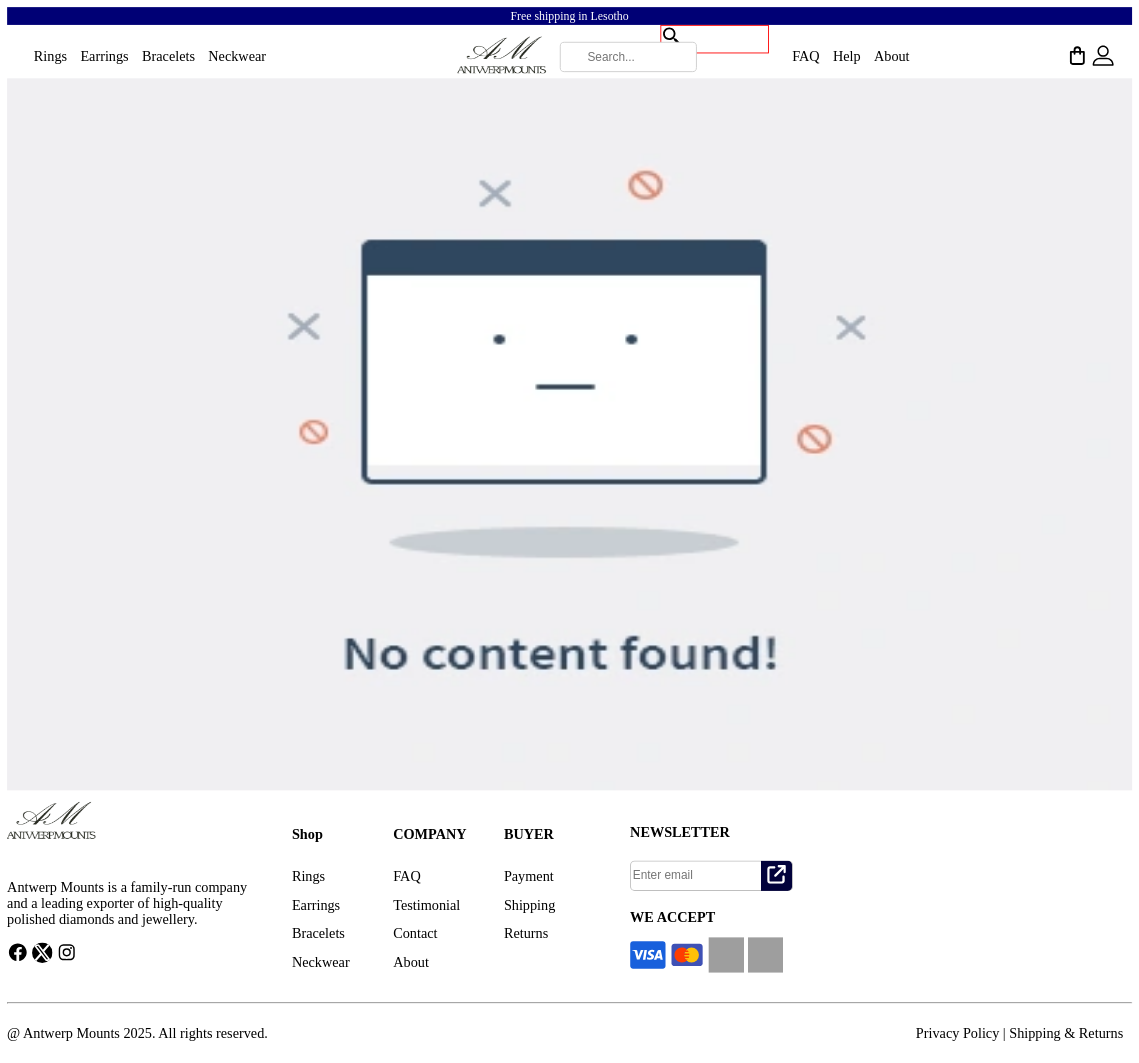
Repository: kea-0424/Web-Development-Project-1
Page: First_collaboration/JewelarySite.html
These files come from the project's save history. The page is drawn as it stood at one moment and after the next save; the edit follows.
The browser window is 1280 px wide. The pictures show the whole page, at 89% of full size.
Pictures or frames that could not be fetched are drawn as grey boxes.

Above is the page before, as saved 2025-01-23 11:48:05.

### First_collaboration/JewelarySite.html
<!DOCTYPE html>
<html lang="en">
<head>
    <meta charset="UTF-8">
    <meta name="viewport" content="width=device-width, initial-scale=1.0">
    <title>Document</title>
    <link rel="stylesheet" href="./JewelarySite.css">
</head>
<body>
    <header>
        <div class="notification">
            <span>Free shipping in Lesotho</span>
        </div>
        <nav>
                <ul class="navigations"  id="right_nav">
                    <li class="navbar_links"><a href="#">Rings</a></li>
                    <li class="navbar_links"><a href="#">Earrings</a></li>
                    <li class="navbar_links"><a href="#">Bracelets</a></li>
                    <li class="navbar_links"><a href="#">Neckwear</a></li>
                </ul>

            <div class="logo_container">
<img src="Main_Logo-removebg-preview.png" alt="Logo" class="main_logo" id="Nav_logo">
            </div>
                <ul class="navigations" id="left_nav">
                    <li class="navbar_links"><a href="#">FAQ</a></li>
                    <li class="navbar_links"><a href="#">Help</a></li>
                    <li class="navbar_links"><a href="#">About</a></li>
                </ul>
                <form action="#">
                    <div class="searchbar_container">
                        <img src="./bx-search-alt-2.svg" alt="icon" class="searchbar_icon">
                        <input class='searchbar' type="text" placeholder="Search...">
                    </div>
                </form>
                <div class="nav_icons">
                    <img src="./cart.svg" alt="Logo" class="icon">
                    <img src="./profile.svg" alt="Logo" class="icon">
                </div>
        </nav>
    </header>
    <main>
        <img src="./NoContent.webp" alt="No_Content" class="No_Content">
    </main>
    <footer>
        <div class="about_us">
            <div class="logo_container">
                <img src="Main_Logo-removebg-preview.png" alt="Logo" class="main_logo">
                            </div>
                            <div class="bio">
                                <p>Antwerp Mounts is a family-run company<br>
                                    and a leading exporter of high-quality<br>
                                   polished diamonds and jewellery.</p>
                            </div>
                                <div class="social_media">
                                    <div class="socials" >
                                        <a href="#"><img src="./bxl-facebook-circle (1).svg" alt="Facebook" id="facebook_link"></a>
                                    </div>
                                    <div class="socials">
                                        <a href="#"><img src="./x-twitter-brands-solid.svg" alt="Twitter" id="X_link"></a>
                                    </div>
                                    <div class="socials">
                                        <a href="#"><img src="./bxl-instagram (1).svg" alt="Instagram" id="instagram_link"></a>
                                    </div>
                                    </div>
        </div>
        <div class="navigation">
            <div class="list1">
                <h4>Shop</h4>
                <ul class="footer_lists">
                    <li><a href="#">Rings</a></li>
                    <li><a href="#">Earrings</a></li>
                    <li><a href="#">Bracelets</a></li>
                    <li><a href="#">Neckwear</a></li>
                </ul>
            </div>
            <div class="list2">
               <h4>COMPANY</h4>
               <ul class="footer_lists">
                <li><a href="#">FAQ</a></li>
                <li><a href="#">Testimonial</a></li>
                <li><a href="#">Contact</a></li>
                <li><a href="#">About</a></li>
               </ul>
            </div>
            <div class="list3">
                <h4>BUYER</h4>
                <ul class="footer_lists">
                    <li><a href="#">Payment</a></li>
                    <li><a href="#">Shipping</a></li>
                    <li><a href="#">Returns</a></li>
                </ul>
            </div>
        </div>
        <div class="Subscription">
            <h4>NEWSLETTER</h4>
            <form action="#">
                <div class="input_container">
                    <input type="text" placeholder="Enter email" class="newsletter_input">
                    <button type="submit" class="submit_btn"><img src="./arrow-up-right-from-square-solid.svg" alt="arrow"></button>
                </div>
            </form>
            <h4>WE ACCEPT</h4>
            <div class="payment_methods">
                <div class="payment_method">
                    <img src="./cc-visa-brands-solid.svg" alt="visa" id="visa">
                </div>
                <div class="payment_method">
                    <img src="mastercard.svg" alt="mastercard" id="mastercard">
                </div>
                <div class="payment_method">
                    <img src="./paypal.svg" alt="paypal" id="paypal">
        </div>
        <div class="payment_method">
            <img src="./skrill.svg" alt="skrill" id="skrill">
        </div>
            </div>
        </div>
        <hr>
        <div class="copyright">
            <p class="left_details">@ Antwerp Mounts 2025. All rights reserved.</p>
            <p class="right_details">Privacy Policy | Shipping & Returns</p>
        </div>
    </footer>
</body>
</html>

### First_collaboration/JewelarySite.css

body {
    box-sizing: border-box;
}
.notification {
    background-color: rgb(0 0 117);
    color: rgb(255 255 255);
    display: flex;
    align-items: center;
    justify-content: center;
    font-size: smaller;
    width: inherit;
    height: 20px;
}
nav {
    display: flex;
    justify-content: space-between;
    /*padding: 10px;*/
}
.main_logo {
    height: 80px;
    width: 100px;
    margin-top: 0;

}
#Nav_logo {
    margin: 0 auto;
    position: absolute;
    left: 40%;
}
.navigations,.navbar_links {
    list-style-type: none;
    display: flex;
    justify-content: space-between;
list-style: none;
text-decoration: none;
color: inherit;
margin-right: 15px;
padding: 0;
}
nav {
    position:relative;
    width: 100%;
    height: 60px
}

a {
    text-decoration: none;
color: inherit;
}
a:hover {
    /*font-size: larger;*/
    transition: font-size 0.2s ease-in-out;
    position: relative;
    /*background-color: blue;*/
    color: rgba(0 0 255 / 0.26);
    border-radius: 3px;
}
main,.No_Content {
    width: 100%;
    height: 800px;
}
.searchbar {
    width: 120px;
    height: 30px;
    border-radius: 5px;
    border: 1px solid #ccc;
    margin-top: 18px;
    padding-left: 30px;
    position: absolute;
    right: 80px;

}
.searchbar_container{
border: 1px solid red;
    width: 120px;
    height: 30px;
    position: relative;
    left: 200px;
}
.searchbar_icon{
    position: absolute;
}
.navbar_links {
    margin-top: 10px;
}
.icon {
    width: 25px;
    height: 25px;
    margin-top: 22px;
}
#left_nav{
    position: absolute;
    right: 220px;
}
#right_nav {
    position: absolute;
    left: 30px;
}
.nav_icons {
    margin-right: 20px;
}
.socials {
    /*border: 1px solid red;*/
    display: inline;
    height: 50px;
    width: 50px;
}
.bio {
    /*border: 1px solid red;*/
    display: inline-block;
}
#X_link {
    background-color: black;
    height: 23px;
    width: 23px;
    border-radius: 50%;
    display: inline-block;
}
/*.list1,.list2,.list3*/.navigation{
    /*border: 1px solid red;*/
    display: inline-block;
    position: absolute;
    left: 320px;
    top: 20px;
box-sizing: border-box;
}
footer {
    /*border: 1px solid red;*/
    position: relative;
}
.list1,.list2,.list3 {
    /*border: 1px solid red;*/
    display: inline-block;
    box-sizing: border-box;
    margin-right: 5px;
}
.list3 {
    position: relative;
    bottom: 32px;
}
.footer_lists {
    position: relative;
    right: 40px;
    list-style: none;
    line-height: 2em;
}
.input_container{
    /*border: 1px solid red;*/
    display: inline;
    height: 33px;
    position: relative;
    border-radius: 5px;
    z-index: 1
}
.newsletter_input {
    height: 30px;
    overflow: hidden;
    border-radius: 5px;
    border: 1px solid rgba(0 0 0 / 0.25);
    /*z-index: 1;*/
}
.submit_btn {
    background-color: rgb(2 2 59);
    border: 1px solid transparent;
    height: 34px;
    width: 35px;
    position: absolute;
right: 1px;
    border-radius:0px 5px 5px 0px;
}
#visa, #mastercard, #paypal, #skrill {
    height: 40px;
    width: 40px;
}
#visa:hover, #mastercard:hover, #paypal:hover, #skrill:hover {
    height: 50px;
    width: 50px;
}
.payment_method {
    /*border: 1px solid red;*/
    display: inline-block;
    position: relative;
    bottom: 8px;
}
.Subscription {
/*border: 1px solid red;*/
display: inline;
position: absolute;
left: 700px;
top:18px;
}
hr {
    margin-top: 40px;
}
.copyright {
   /* border: 1px solid red;*/
    position: relative;
}
.left_details {
    /*border: 1px solid red;*/
    display: inline-block;
}
.right_details {
    /*border: 1px solid red;*/
    display: inline;
    position: absolute;
    right: 10px;
}

After the next save:
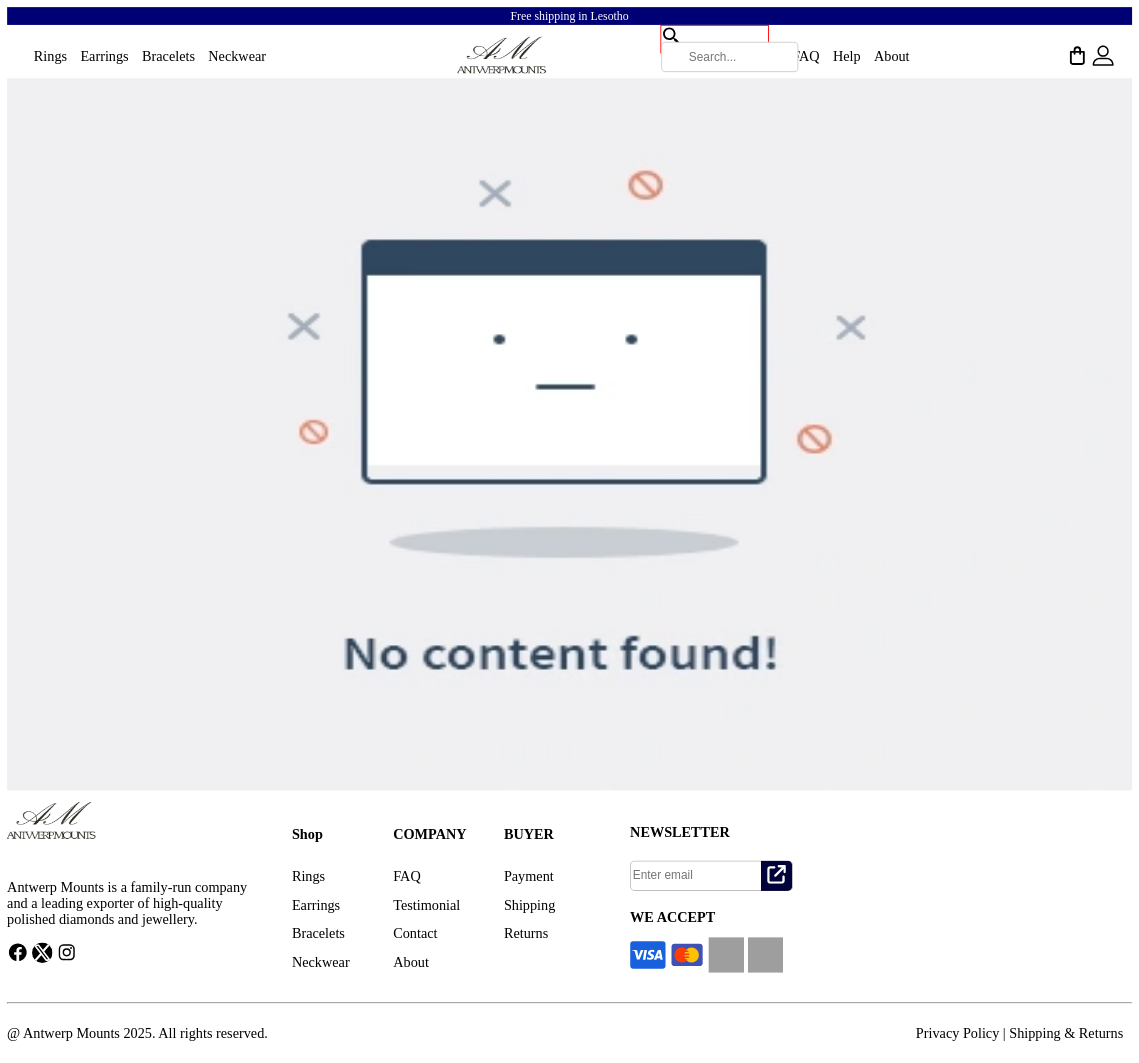
Saved 38 s later.
--- a/First_collaboration/JewelarySite.css
+++ b/First_collaboration/JewelarySite.css
@@ -68,7 +68,6 @@ main,.No_Content {
     margin-top: 18px;
     padding-left: 30px;
     position: absolute;
-    right: 80px;
 
 }
 .searchbar_container{
